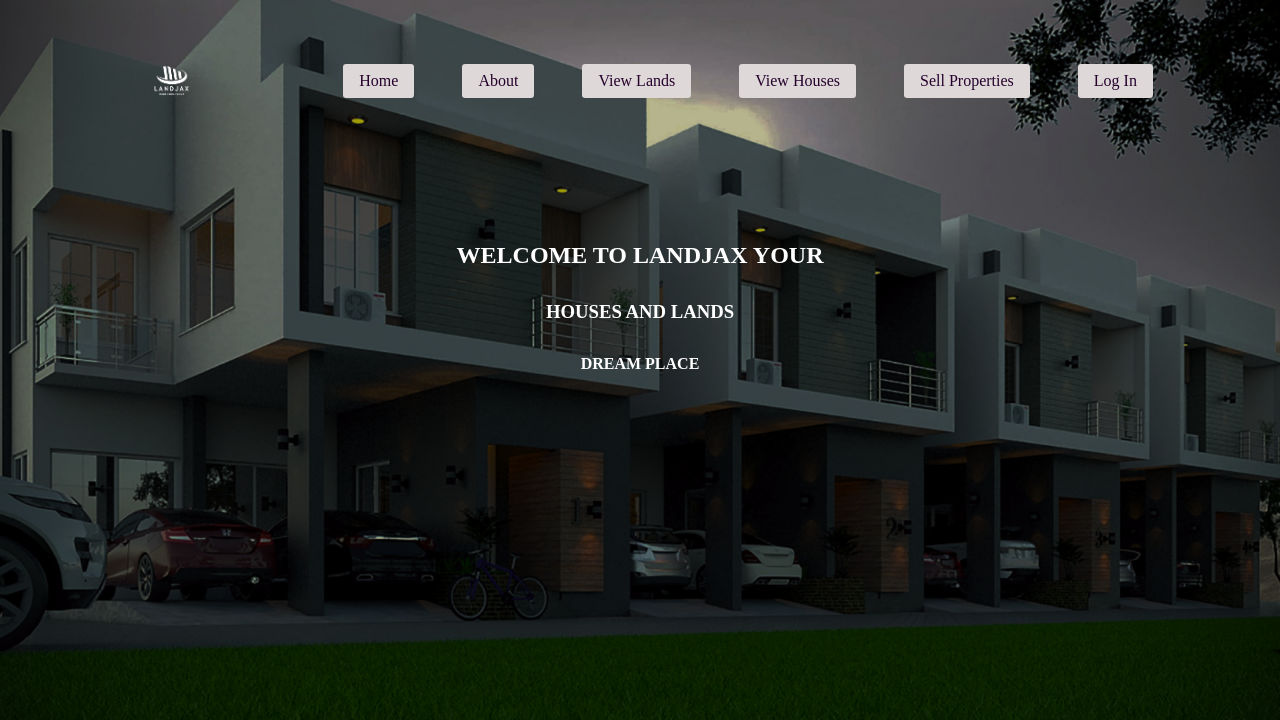
Repository: NorVirae/landjax-frontend
Page: /
The author's editor kept a copy of each file at every save. The page is drawn from the files as they stood at one save, then again after the next save.
The browser window is 1280 px wide. The pictures show the whole page.
The project was rebuilt for these pictures with package versions that can differ from the ones it lists, and the page was loaded fresh each time. The framework's server and built-in components were replaced by stand-ins that run in the browser. Also part of the build but not shown: next.config.js.

Above is the page before, as saved 2022-07-02 15:19:21.

After the next save:
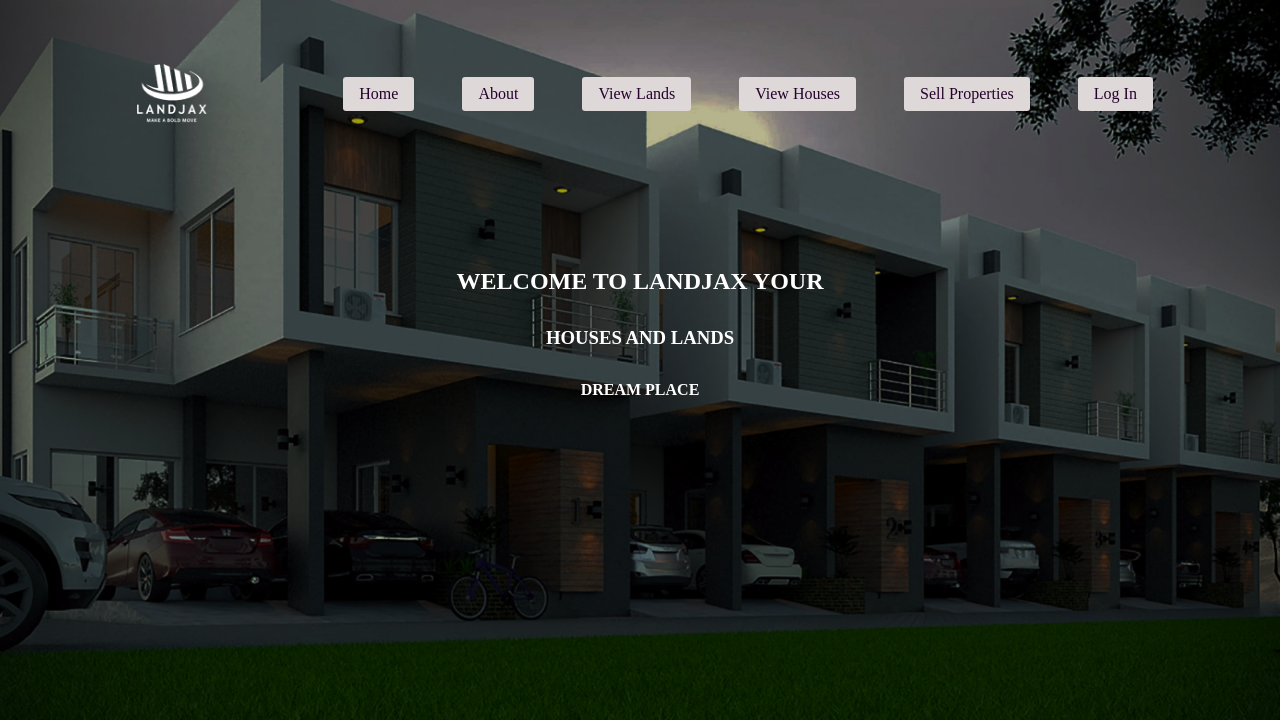
Saved 4 s later.
--- a/src/components/Navbar.tsx
+++ b/src/components/Navbar.tsx
@@ -8,7 +8,7 @@ const Navbar:React.FC = ({}) => {
     return (
         <nav className="navbar">
             <Link href="#">
-                <Image className="navbar_brand" src={Logo} width="90rem" objectFit="contain" height="30rem" />
+                <Image className="navbar_brand" src={Logo} width="90rem" objectFit="contain" height="60rem" />
             </Link>
             <ul className="nav">
                 <li className="navbar__nav-item">
